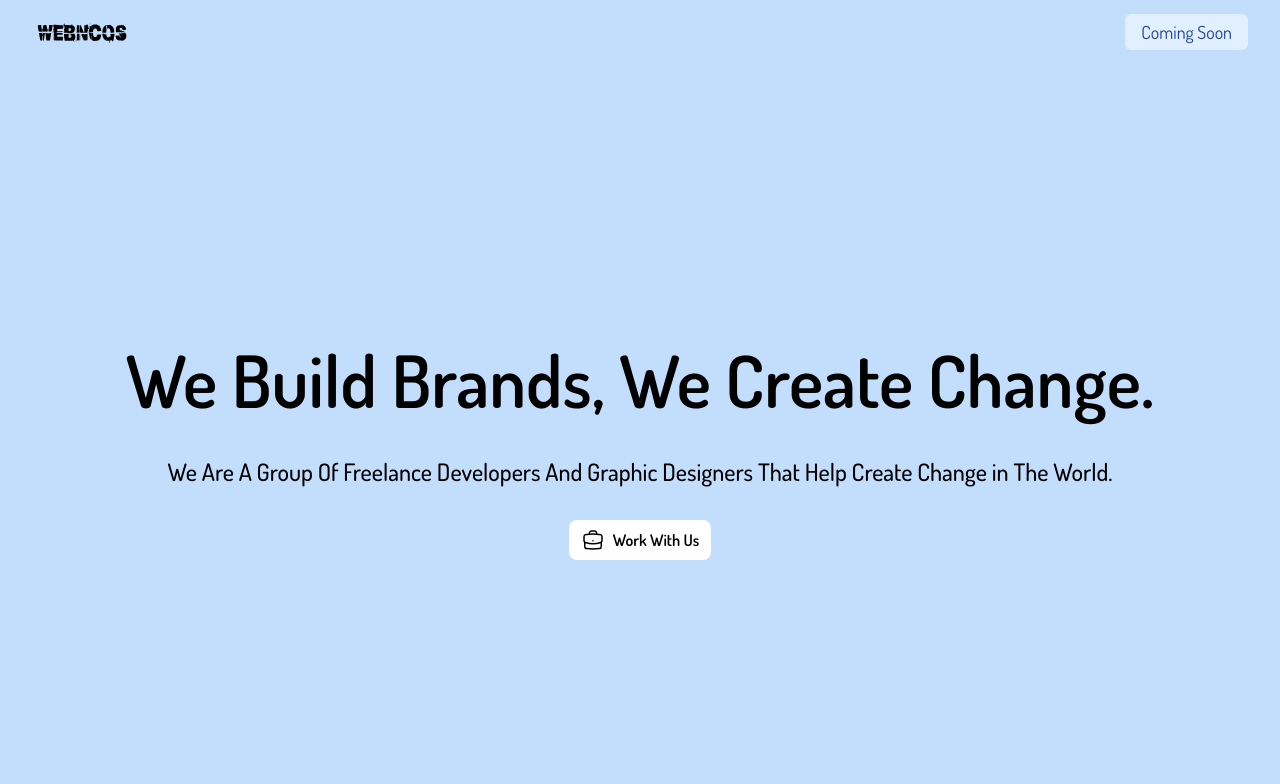
Repository: 1realjulius/webncos
Page: /
The author's editor kept a copy of each file at every save. The page is drawn from the files as they stood at one save, then again after the next save.
The browser window is 1280 px wide. The pictures show the whole page.
The project was rebuilt for these pictures with package versions that can differ from the ones it lists, and the page was loaded fresh each time. The framework's server and built-in components were replaced by stand-ins that run in the browser. Also part of the build but not shown: next.config.js.

Above is the page before, as saved 2022-09-04 00:19:10.

### pages/index.tsx
import type { NextPage } from "next";
import Head from "next/head";
import ComingSoon from "../components/ComingSoon";
import MainHome from "../components/MainHome";
import NavigationBar from "../components/NavigationBar";

const Home: NextPage = () => {
  return (
    <div className="flex min-h-screen font-DosisRegular flex-col bg-blue-200">
      <Head>
        <title>Webncos</title>
        <meta
          name="description"
          content="Website and Software Development Agency."
        />
        <meta property="og:type" content="website" />
        <meta property="og:url" content="https://www.webncos.com/" />
        <meta
          property="og:title"
          content="Webncos — Website and Software Development Agency."
        />
        <meta
          property="og:description"
          content="Website and Software Development Agency."
        />
        {/* <meta property="og:image" content="/Assets/newmemoji.svg"/> */}
        {/* <meta property="twitter:card" content="/Assets/Julius_Eghan.jpg"/> */}
        <meta property="twitter:url" content="https://www.webncos.com/" />
        <meta
          property="twitter:title"
          content="Webncos — Website and Software Development Agency."
        />
        <meta
          property="twitter:description"
          content="Website and Software Development Agency."
        />
        {/* <meta property="twitter:image" content="/Assets/Julius_Eghan.jpg"/> */}
        <link rel="icon" href="/favicon.ico" />
        <link
          rel="apple-touch-icon"
          sizes="180x180"
          href="/apple-touch-icon.png"
        />
        <link
          rel="icon"
          type="image/png"
          sizes="32x32"
          href="/favicon-32x32.png"
        />
        <link
          rel="icon"
          type="image/png"
          sizes="16x16"
          href="/favicon-16x16.png"
        />
        {/* <meta name="google-site-verification" content="0HesePHVymRqGiL70HUKPIq0Zsap0uUIb_Ci0DpImRY" /> */}
        <meta
          name="theme-color"
          content="#2563eb"
          media="(prefers-color-scheme: light)"
        />
        <meta
          name="theme-color"
          content="#2563eb"
          media="(prefers-color-scheme: dark)"
        />
      </Head>
      <NavigationBar />
      <ComingSoon/>
    </div>
  );
};

export default Home;

### styles/globals.css
@tailwind base;
@tailwind components;
@tailwind utilities;

@layer base{
      @font-face{
        font-family: 'DosisSemiBold';
        src: url("/Fonts/Dosis-SemiBold.woff2") format("woff2");
      }
      @font-face{
        font-family: 'DosisMedium';
        src: url("/Fonts/Dosis-Medium.woff2") format("woff2");
      }
      @font-face{
        font-family: 'DosisRegular';
        src: url("/Fonts/Dosis-Regular.woff2") format("woff2");
      }
    }

### components/ComingSoon.tsx
import Image from "next/image";
import Link from "next/link";
import React from "react";

const ComingSoon = () => {
  return (
    <div className="flex flex-col items-center justify-center">
      <div className="max-w-7xl min-h-screen flex flex-col items-center justify-center">
        <div className="p-4 text-center">
          <h1 className="font-DosisSemiBold text-5xl md:text-7xl md:my-10 my-6">
            We Build Brands, We Create Change.
          </h1>
          <h3 className="font-DosisMedium text-lg md:text-2xl mb-4">
            We Are A Group Of Freelance Developers And Graphic Designers That
            Help Create Change in The World.
          </h3>
        </div>
        <div className="flex flex-col items-center">
          <Link href="mailto:iamjuliusbusiness@gmail.com?subject=Let's work together at Webncos Agency 💰">
            <div className="flex flex-row items-center space-x-2 bg-white px-3 py-2 rounded-lg active:bg-blue-200 cursor-pointer">
              <span>
                <svg
                  xmlns="http://www.w3.org/2000/svg"
                  fill="none"
                  viewBox="0 0 24 24"
                  stroke-width="1.5"
                  stroke="currentColor"
                  className="w-6 h-6"
                >
                  <path
                    stroke-linecap="round"
                    stroke-linejoin="round"
                    d="M20.25 14.15v4.25c0 1.094-.787 2.036-1.872 2.18-2.087.277-4.216.42-6.378.42s-4.291-.143-6.378-.42c-1.085-.144-1.872-1.086-1.872-2.18v-4.25m16.5 0a2.18 2.18 0 00.75-1.661V8.706c0-1.081-.768-2.015-1.837-2.175a48.114 48.114 0 00-3.413-.387m4.5 8.006c-.194.165-.42.295-.673.38A23.978 23.978 0 0112 15.75c-2.648 0-5.195-.429-7.577-1.22a2.016 2.016 0 01-.673-.38m0 0A2.18 2.18 0 013 12.489V8.706c0-1.081.768-2.015 1.837-2.175a48.111 48.111 0 013.413-.387m7.5 0V5.25A2.25 2.25 0 0013.5 3h-3a2.25 2.25 0 00-2.25 2.25v.894m7.5 0a48.667 48.667 0 00-7.5 0M12 12.75h.008v.008H12v-.008z"
                  />
                </svg>
              </span>
              <span className="font-DosisSemiBold leading-none">Work With Us</span>
            </div>
          </Link>
        </div>
      </div>
    </div>
  );
};

export default ComingSoon;

### components/NavigationBar.tsx
/* This example requires Tailwind CSS v2.0+ */
import { Fragment } from "react";
import { Disclosure, Menu, Transition } from "@headlessui/react";
import { BellIcon, MenuIcon, XIcon } from "@heroicons/react/outline";
import Link from "next/link";
import Image from "next/image";

function classNames(...classes: string[]) {
  return classes.filter(Boolean).join(" ");
}

export default function NavigationBar() {
  return (
    <Disclosure as="nav" className="bg-blue-200">
      {({ open }) => (
        <>
          <div className="max-w-7xl mx-auto px-4 sm:px-6 lg:px-8">
            <div className="flex justify-between h-16">
              <div className="flex">
                <div className="flex-shrink-0 flex items-center">
                  {/* the logo */}
                  <Link href="#">
                    <Image
                      src="/Assets/webncos-logo-lg.svg"
                      width={100}
                      height={22}
                      alt="webncos logo"
                      className=""
                    />
                  </Link>
                </div>
                <div className="hidden sm:ml-6 sm:flex sm:space-x-8"></div>
              </div>
              <div className="hidden sm:ml-6 sm:flex sm:items-center">
                {/* <a
                  href="#"
                  className="text-gray-500 text-lg hover:text-gray-900 inline-flex items-center px-3 pt-1 "
                >
                  Work
                </a>
                <a
                  href="#"
                  className="text-gray-500 text-lg hover:text-gray-900 inline-flex items-center px-3 pt-1 "
                >
                  Features
                </a>
                <a
                  href="#"
                  className=" text-gray-500 hover:text-gray-900 inline-flex items-center px-3 pt-1  text-lg"
                >
                  Testimonials
                </a>
                <a
                  href="#"
                  className=" text-gray-500 hover:text-gray-900 inline-flex items-center px-3 pt-1  text-lg"
                >
                  About Us
                </a> */}
                <Link href="#">
                  <div className="px-4 py-1 bg-blue-100 active:bg-blue-300 rounded-md cursor-pointer">
                    <h2 className="text-blue-800 text-lg">Coming Soon</h2>
                  </div>
                </Link>
              </div>
              <div className="-mr-2 flex items-center sm:hidden">
                {/* Mobile menu button */}
                <Disclosure.Button className="inline-flex items-center justify-center p-2 rounded-full text-black hover:text-blue-800 hover:bg-blue-300 ">
                  <span className="sr-only">Open main menu</span>
                  {open ? (
                    <XIcon className="block h-6 w-6" aria-hidden="true" />
                  ) : (
                    <MenuIcon className="block h-6 w-6" aria-hidden="true" />
                  )}
                </Disclosure.Button>
              </div>
            </div>
          </div>

          <Disclosure.Panel className="sm:hidden border-2 border-blue-400 bg-blue-300 rounded-lg px-2 mx-2">
            <div className="hidden flex-col pt-2 space-y-1 items-center">
              <a
                className="hover:bg-blue-200 w-full text-center py-2 rounded-md text-lg"
                href="#"
              >
                Work
              </a>
              <a
                className="hover:bg-blue-200 w-full text-center py-2 rounded-md text-lg"
                href="#"
              >
                Features
              </a>
              <a
                className="hover:bg-blue-200 w-full text-center py-2 rounded-md text-lg"
                href="#"
              >
                Testimonials
              </a>
              <a
                className="hover:bg-blue-200 w-full text-center py-2 rounded-md text-lg"
                href="#"
              >
                About Us
              </a>
            </div>
            <div className="flex py-2 items-center justify-center">
              <Link href="#">
                <div className="px-3 py-1 bg-blue-100 active:bg-blue-300 rounded-md cursor-pointer">
                  <h2 className="text-blue-800 text-lg">Coming Soon</h2>
                </div>
              </Link>
            </div>
          </Disclosure.Panel>
        </>
      )}
    </Disclosure>
  );
}

### tailwind.config.js
/** @type {import('tailwindcss').Config} */
module.exports = {
  content: [
    './pages/**/*.{js,ts,jsx,tsx}',
    './components/**/*.{js,ts,jsx,tsx}',
    "./node_modules/flowbite-react/**/*.js",
  ],
  theme: {
    extend: {
      fontFamily: {
        DosisSemiBold: 'DosisSemiBold, sans-serif',
        DosisMedium: 'DosisMedium, sans-serif',
        DosisRegular: 'DosisRegular, sans-serif',
      },
    },
  },
  plugins: [
    require("flowbite/plugin")
  ],
}

Loaded but not shown: pages/_app.tsx (common file); pages/api/hello.ts (common file)

After the next save:
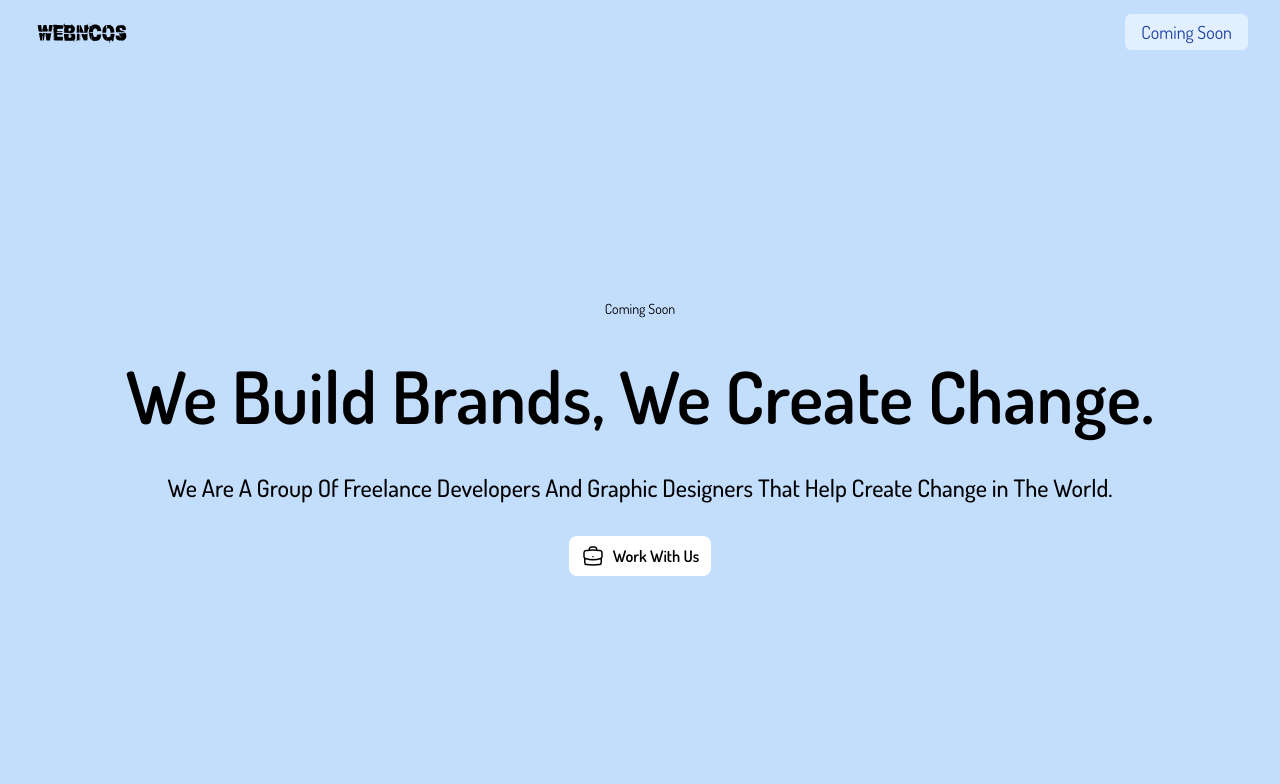
Saved 63 s later.
--- a/components/ComingSoon.tsx
+++ b/components/ComingSoon.tsx
@@ -7,6 +7,9 @@ const ComingSoon = () => {
     <div className="flex flex-col items-center justify-center">
       <div className="max-w-7xl min-h-screen flex flex-col items-center justify-center">
         <div className="p-4 text-center">
+          <div className="m-2">
+            <span className="text-sm ">Coming Soon</span>
+          </div>
           <h1 className="font-DosisSemiBold text-5xl md:text-7xl md:my-10 my-6">
             We Build Brands, We Create Change.
           </h1>
